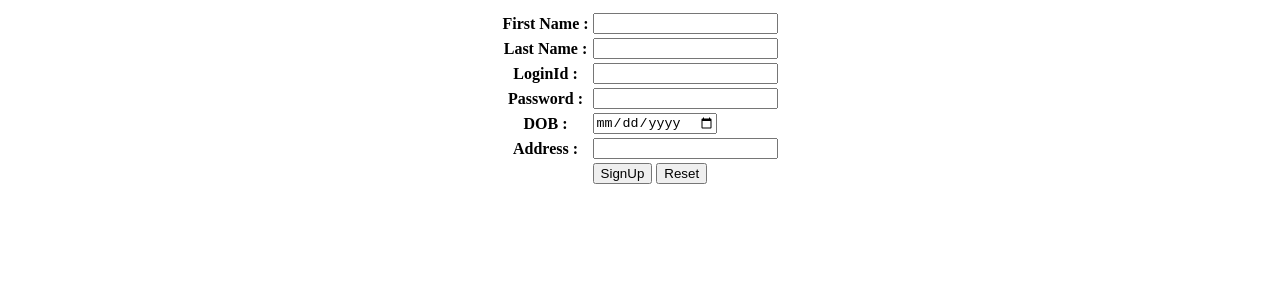
Repository: Jatdevta/AdvanceJava
Page: http://localhost/DynamicProject/UserRegistration.jsp
An editor plug-in stored every save of this project. The page is shown before and after the next save, followed by the edit.
The browser window is 1280 px wide. The pictures show the whole page.
The page is served by Tomcat 9. Other server files are loaded and not shown.

Above is the page before, as saved 2023-08-18 06:58:36.

### Advancejava/DynamicProject/WebContent/UserRegistration.jsp
<%@ page language="java" contentType="text/html; charset=ISO-8859-1"
	pageEncoding="ISO-8859-1"%>
<!DOCTYPE html>
<html>
<head>
<meta charset="ISO-8859-1">
<title>SYSTUMM....!!!!!!</title>
</head>
<body>
<center>
<body>
	<%
		String msg = (String) request.getAttribute("msg");
	%>
	<form action="UserCTL" method="post">
		<table>
			<tr>
				<%
					if (msg != null) {
				%>
				<%=msg%>
				<%
					}
				%>
			</tr>
			<tr>


				<th><font color = "red"></font> First Name :</th>
				<td><input type="text" name="firstName"></td>
			</tr>
			<tr>
				<th>Last Name :</th>
				<td><input type="text" name="lastName"></td>
			</tr>
			<tr>
				<th>LoginId :</th>
				<td><input type="text" name="loginId"></td>
			</tr>
			<tr>
				<th>Password :</th>
				<td><input type="password" name="password"></td>
			</tr>
			<tr>
				<th>DOB :</th>
				<td><input type="date" name="dob"></td>
			</tr>
			<tr>
				<th>Address :</th>
				<td><input type="text" name="address"></td>
			</tr>
			<tr>
				<th></th>
				<td><input type="submit" name="operation" value="SignUp">
					<input type="submit" name="operation" value="Reset"></td>
			</tr>
		</table>
	</form>
</body>
</html>

After the next save:
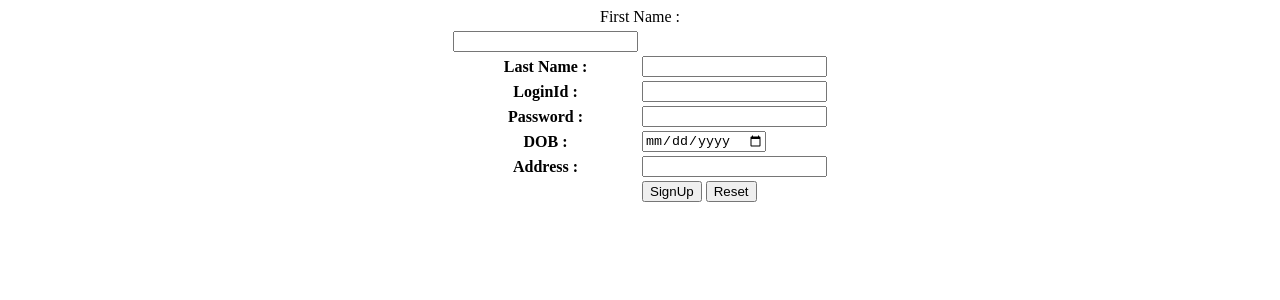
Saved 2 min 46 s later.
--- a/Advancejava/DynamicProject/WebContent/UserRegistration.jsp
+++ b/Advancejava/DynamicProject/WebContent/UserRegistration.jsp
@@ -26,7 +26,7 @@
 			<tr>
 
 
-				<th><font color = "red"></font> First Name :</th>
+				<thstyle= color:"red";> First Name :</th>
 				<td><input type="text" name="firstName"></td>
 			</tr>
 			<tr>

After the save that followed:
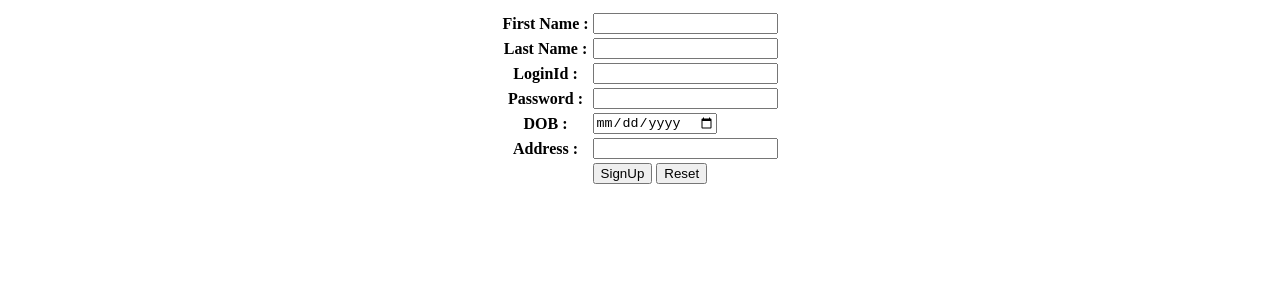
Saved 5 s later.
--- a/Advancejava/DynamicProject/WebContent/UserRegistration.jsp
+++ b/Advancejava/DynamicProject/WebContent/UserRegistration.jsp
@@ -26,7 +26,7 @@
 			<tr>
 
 
-				<thstyle= color:"red";> First Name :</th>
+				<th style= color:"red";> First Name :</th>
 				<td><input type="text" name="firstName"></td>
 			</tr>
 			<tr>
